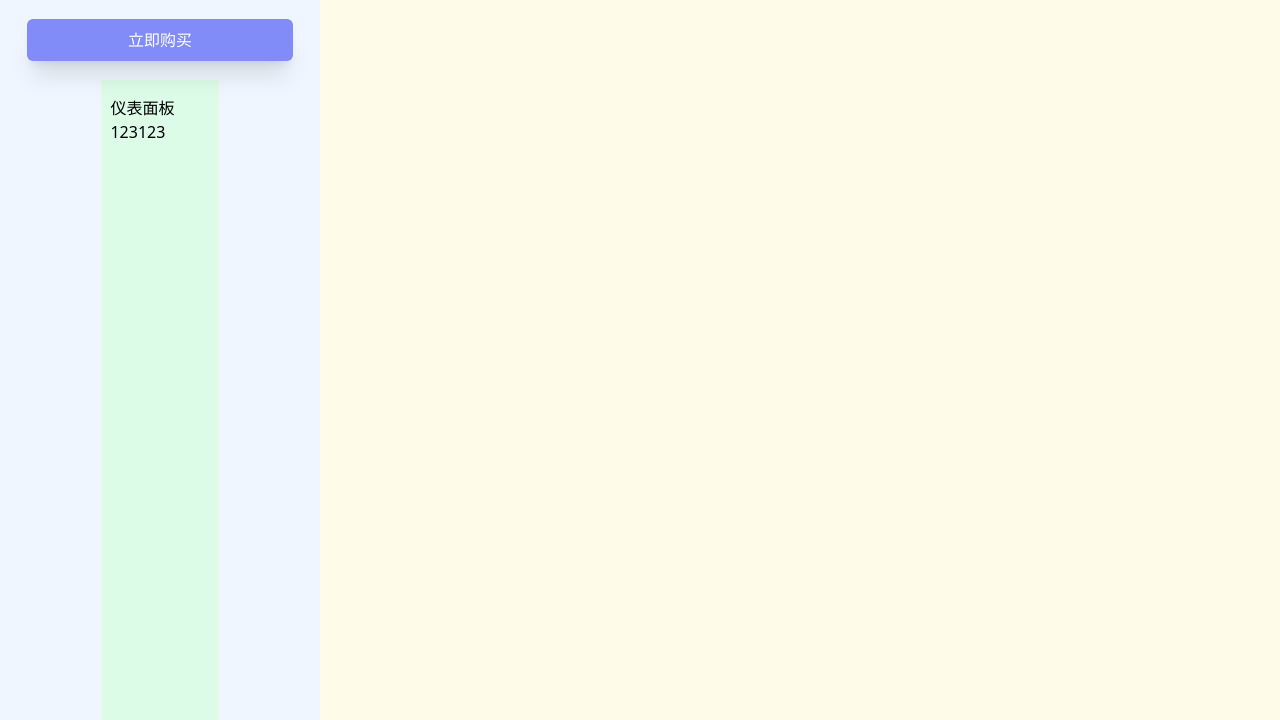
Repository: LiuRuohui/useWater
Page: /
These files come from the project's save history. The page is drawn as it stood at one moment and after the next save; the edit follows.
The browser window is 1280 px wide. The pictures show the whole page.
The project was rebuilt for these pictures with package versions that can differ from the ones it lists, and the page was loaded fresh each time. Also part of the build but not shown: vite.config.js.

Above is the page before, as saved 2022-04-06 08:54:52.

### src/App.vue
<script setup>
import HelloWorld1 from './components/HelloWorld.vue';
</script>

<template>
  <HelloWorld1></HelloWorld1>
</template>

<style>
</style>

### src/index.css
@tailwind base;
@tailwind components;
.inputFrame {
    @apply appearance-none rounded-none relative block w-full px-3 py-2 border border-gray-300 placeholder-gray-500 text-gray-900
}

.inputFrame:focus {
    @apply outline-none border-indigo-500 z-10 inline-block px-5 py-3 rounded-lg shadow-lg
}

.btn {
    @apply relative flex w-full justify-center py-2 border border-transparent font-medium rounded-md text-white bg-indigo-400
}

.btn:hover {
    @apply bg-indigo-500
}

.btn:focus {
    @apply outline-none ring-2 ring-offset-2 ring-indigo-400
}

@tailwind utilities;

### src/components/HelloWorld.vue
<script setup>

</script>

<template>
<div class="w-full h-screen flex flex-row">
  <div class="w-1/4 h-screen bg-blue-50 justify-center items-center flex flex-col">
    <div class="w-full h-20 justify-center items-center flex">
        <div class="w-5/6">
            <button class="btn text-white justify-center items-center shadow-xl">立即购买</button>
        </div>
    </div>
    <div class="flex flex-grow flex-col bg-green-100">
        <div class="w-full flex h-20 justify-center items-center">
            <div class="w-5/6 h-20 py-4">
                仪表面板123123
            </div>
    </div>
    </div>
  </div>
  <div class="flex flex-grow bg-yellow-50">

  </div>
</div>
</template>

<style scoped>

</style>

### tailwind.config.js
module.exports = {
    content: [
        "./index.html",
        "./src/**/*.{vue,js,ts,jsx,tsx}",
    ],
    theme: {
        extend: {},
    },
    variants: {
        backgroundColor: ['responsive', 'hover', 'focus', 'active']
    },
    plugins: [],
}

Loaded but not shown: index.html (common file); src/main.js (common file)

After the next save:
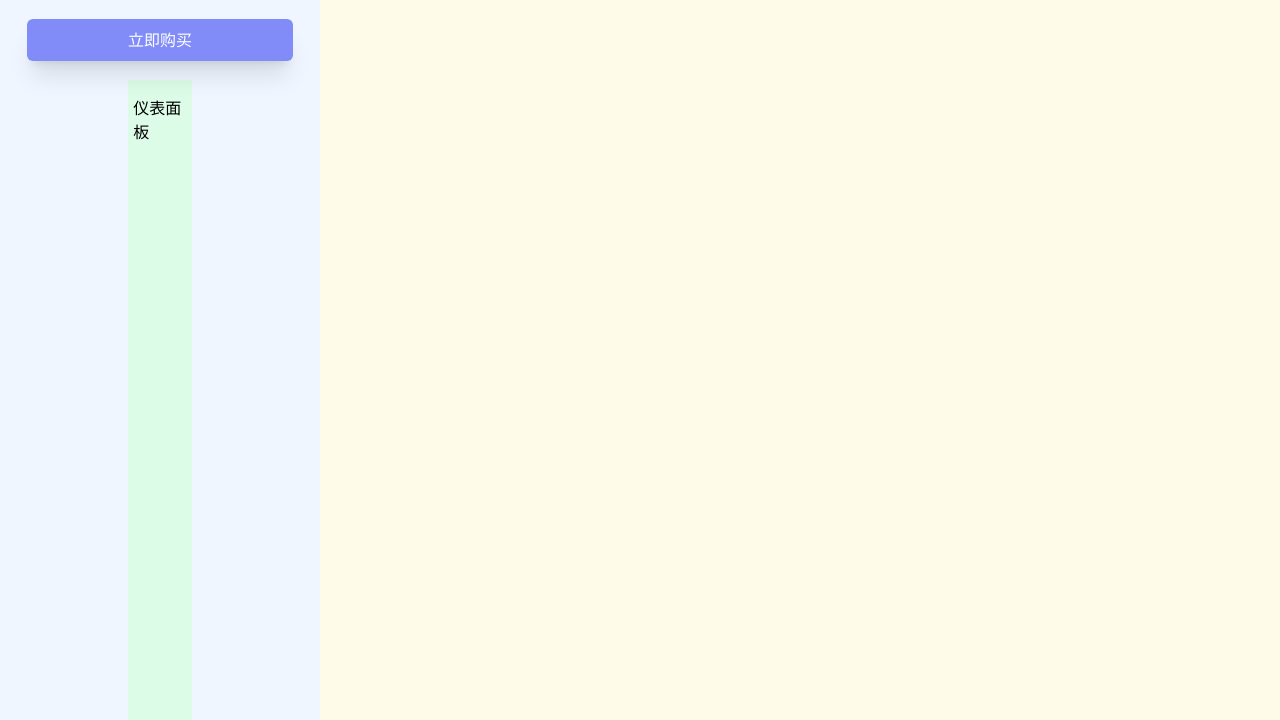
Saved 4 s later.
--- a/src/components/HelloWorld.vue
+++ b/src/components/HelloWorld.vue
@@ -13,7 +13,7 @@
     <div class="flex flex-grow flex-col bg-green-100">
         <div class="w-full flex h-20 justify-center items-center">
             <div class="w-5/6 h-20 py-4">
-                仪表面板123123
+                仪表面板
             </div>
     </div>
     </div>
